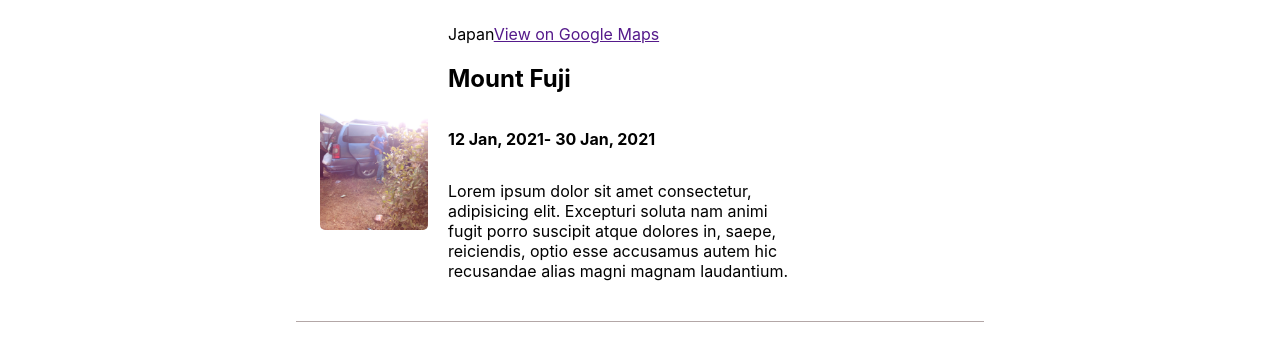
Repository: BuduCE/travel-journal
Page: /
An editor plug-in stored every save of this project. The page is shown before and after the next save, followed by the edit.
The browser window is 1280 px wide. The pictures show the whole page.
The project was rebuilt for these pictures with package versions that can differ from the ones it lists, and the page was loaded fresh each time. Also part of the build but not shown: src/data.js, src/components/Home/styles.css, src/components/Home/index.jsx.

Above is the page before, as saved 2022-08-25 11:53:46.

After the next save:
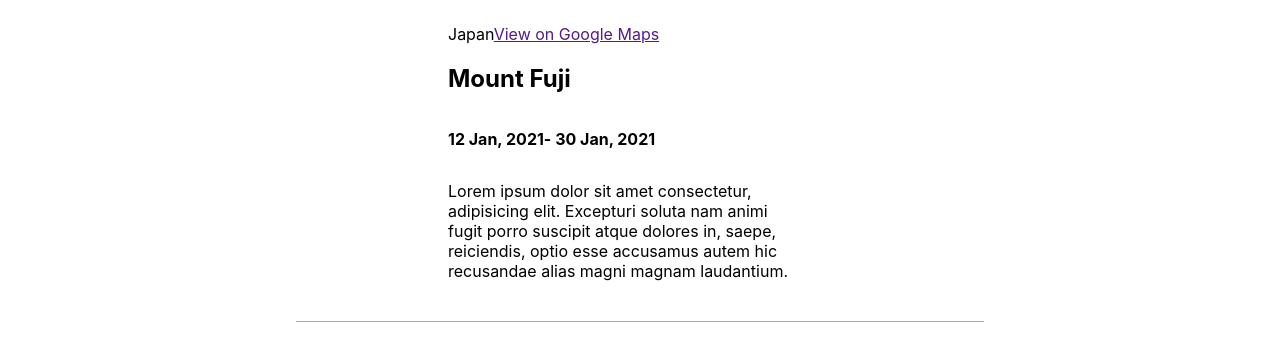
Saved 70 s later.
--- a/src/components/Tour/index.jsx
+++ b/src/components/Tour/index.jsx
@@ -6,7 +6,7 @@
     <div className='Tour'>
       {/* Section 1 */}
       <div className="tour-img">
-        <img src={camp} alt="" />
+        {/* <img src={camp} alt="" /> */}
       </div>
 
       {/* Section 2 */}
